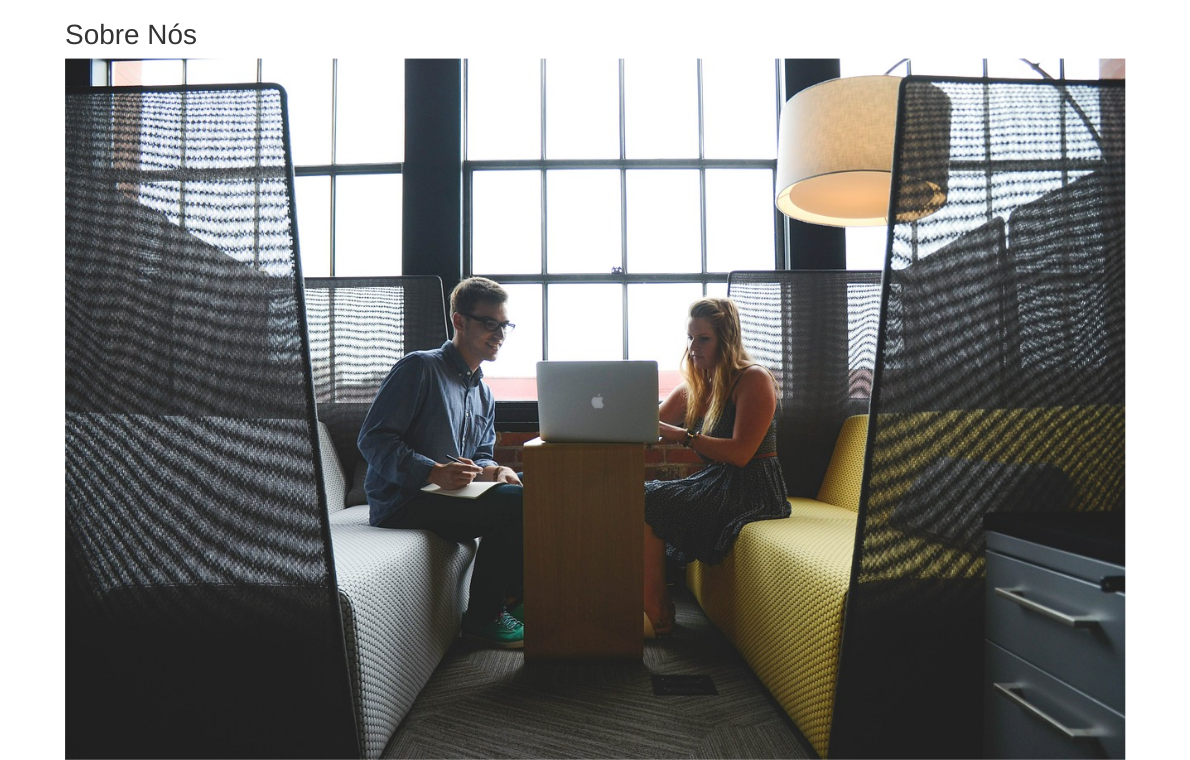
Repository: daviemer/bootstrap-alura
Page: index2.html
The author's editor kept a copy of each file at every save. The page is drawn from the files as they stood at one save, then again after the next save.
The browser window is 1280 px wide. The pictures show the whole page, at 93% of full size.

Above is the page before, as saved 2022-07-07 20:13:33.

After the next save:
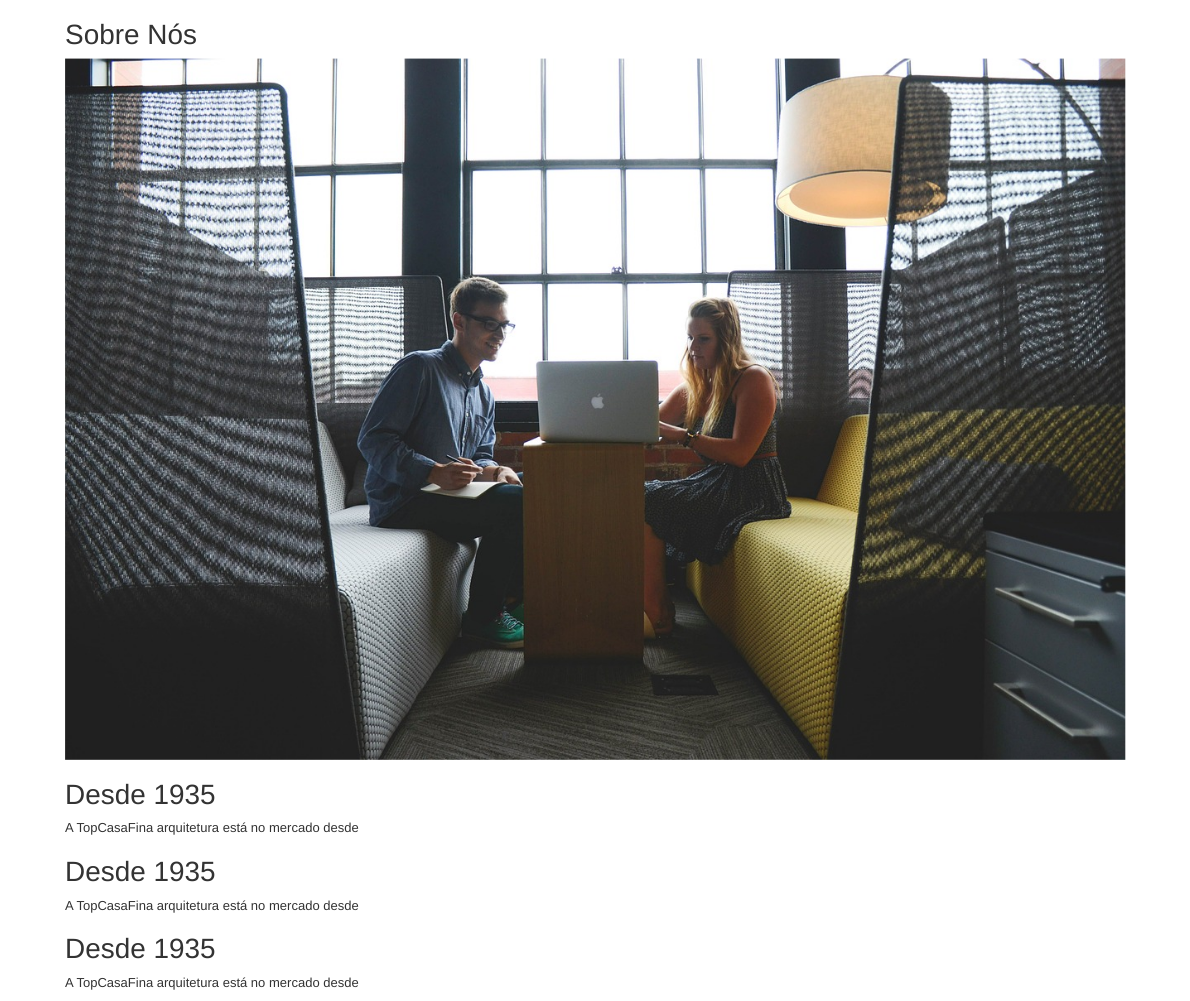
Saved 2 min 39 s later.
--- a/index2.html
+++ b/index2.html
@@ -11,6 +11,12 @@
   <div class="container">
     <h2>Sobre Nós</h2>
     <img class="img-responsive" src="assets/img/empresa.jpg" alt="">
+    <h2>Desde 1935</h2>
+    <p>A TopCasaFina arquitetura está no mercado desde</p>
+    <h2>Desde 1935</h2>
+    <p>A TopCasaFina arquitetura está no mercado desde</p>
+    <h2>Desde 1935</h2>
+    <p>A TopCasaFina arquitetura está no mercado desde</p>
   </div>
 
 </body>
